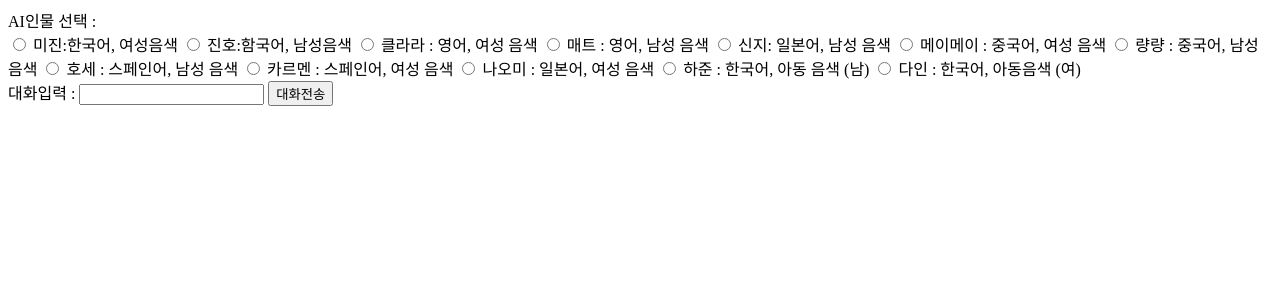
Repository: Backcoder-June/AI_Platform
Page: http://localhost/naverai/WEB-INF/views/chatbot/chatinput.jsp
The author's editor kept a copy of each file at every save. The page is drawn from the files as they stood at one save, then again after the next save.
The browser window is 1280 px wide. The pictures show the whole page.
The page is served by Tomcat 9. Nobody is signed in. The template is opened directly, without the code that normally fills it, so the values that code supplies are empty.

Above is the page before, as saved 2022-09-06 07:13:41.

After the next save:
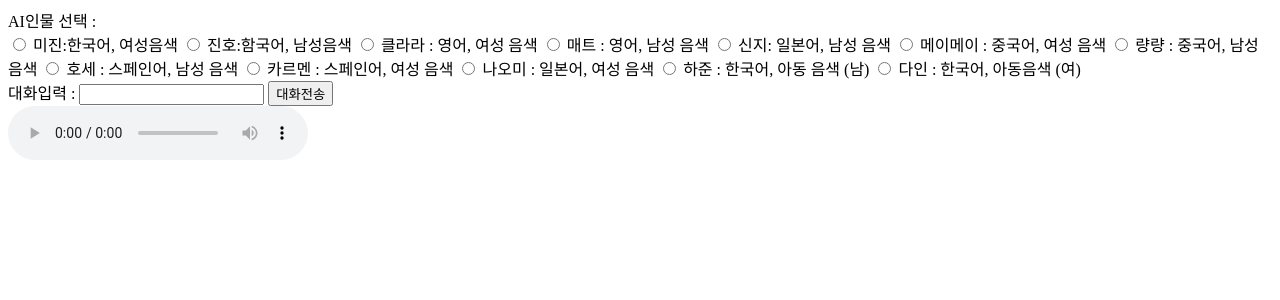
Saved 12 min 5 s later.
--- a/naverai/src/main/webapp/WEB-INF/views/chatbot/chatinput.jsp
+++ b/naverai/src/main/webapp/WEB-INF/views/chatbot/chatinput.jsp
@@ -21,7 +21,7 @@ $(document).ready(function(){
 
 			success : function(resp){
 				$("#response").html("응답내용 : " + resp.result2 + "<br>");
-				$("#response").append("<audio src=/naverai/" + resp.mp3 + " controls></audio>");
+				$("#mp3").attr("src","/naverai/" + resp.mp3);
 
 			} // success
 
@@ -75,9 +75,8 @@ AI인물 선택 : <br>
 
 <div id="response">
 
-
 </div>
-
+<audio id="mp3" src="" controls></audio>
 
 
 </body>
